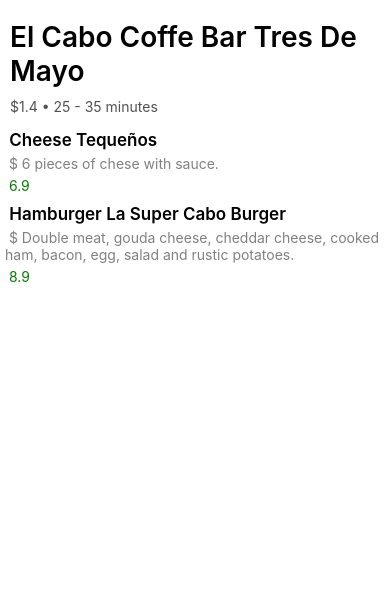
Repository: leroy-netizen/rn-uber-eats-client
Screen: /
The author's editor kept a copy of each file at every save. The screen is drawn from the files as they stood at one save, then again after a run of saves.
The pictures show rows 234 to 844 of an output 844 px tall.
The app was drawn by React Native's web renderer in a window 390 px wide. The project was rebuilt for these pictures with package versions that can differ from the ones it lists, and the page was loaded fresh each time. Also part of the build but not shown: src/components/restaurantItem/RestaurantItem.jsx, src/screens/HomeScreen/index.js.

Above is the screen before, as saved 2023-01-16 16:44:19.

After the next 11 saves:
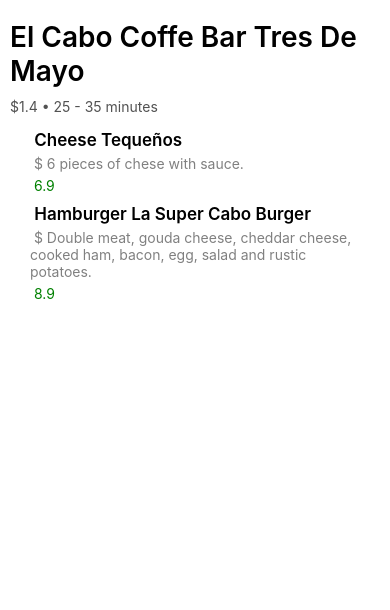
The 11 saves are shown as one change because they came seconds apart.
The last was saved 26 s later.
--- a/src/components/DishListItem/index.js
+++ b/src/components/DishListItem/index.js
@@ -14,7 +14,8 @@ const styles = StyleSheet.create({
   container: {
         margin: 5,
         borderBottomColor: "lightgray",
-
+        marginHorizontal: 10,
+        paddingHorizontal: 20
     },
   name: {
     fontSize: 17,
